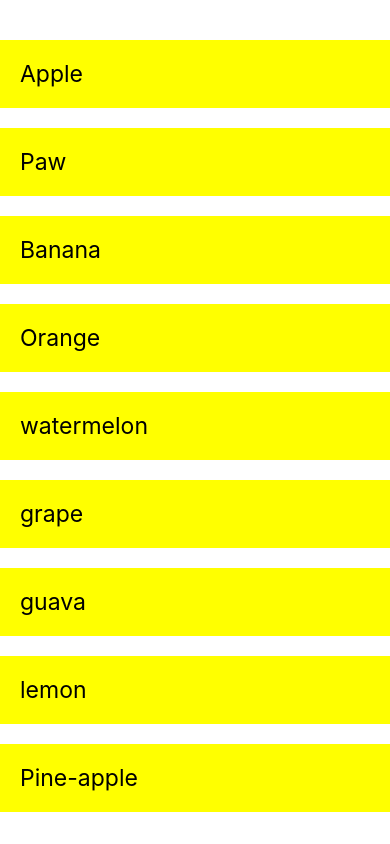
Repository: akinmiday/ReactNativeApp
Screen: /
These files come from the project's save history. The screen is drawn as it stood at one moment and after the next save; the edit follows.
The app was drawn by React Native's web renderer in a window 390 px wide. The project was rebuilt for these pictures with package versions that can differ from the ones it lists, and the page was loaded fresh each time. Some packages were replaced by stand-ins written for this rebuild.

Above is the screen before, as saved 2023-08-03 08:08:10.

After the next save:
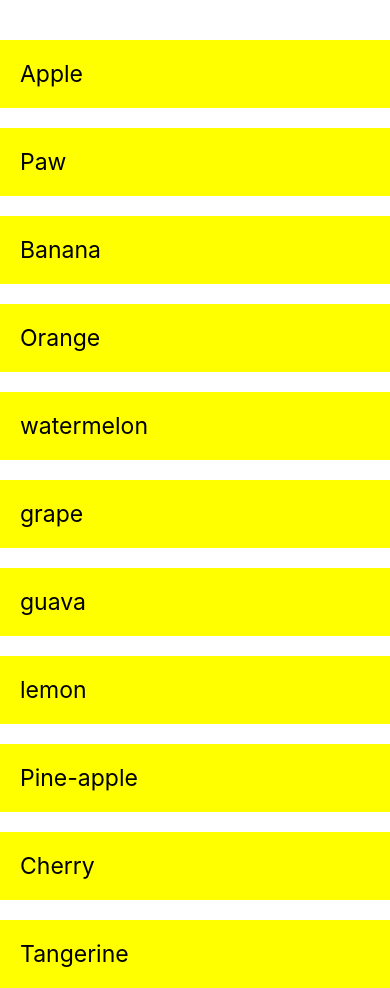
Saved 36 s later.
--- a/App.js
+++ b/App.js
@@ -13,6 +13,8 @@ export default function App() {
     { name: "guava", key: "7" },
     { name: "lemon", key: "8" },
     { name: "Pine-apple", key: "9" },
+    { name: "Cherry", key: "10" },
+    { name: "Tangerine", key: "11" },
   ]);
   return (
     <View style={styles.container}>
